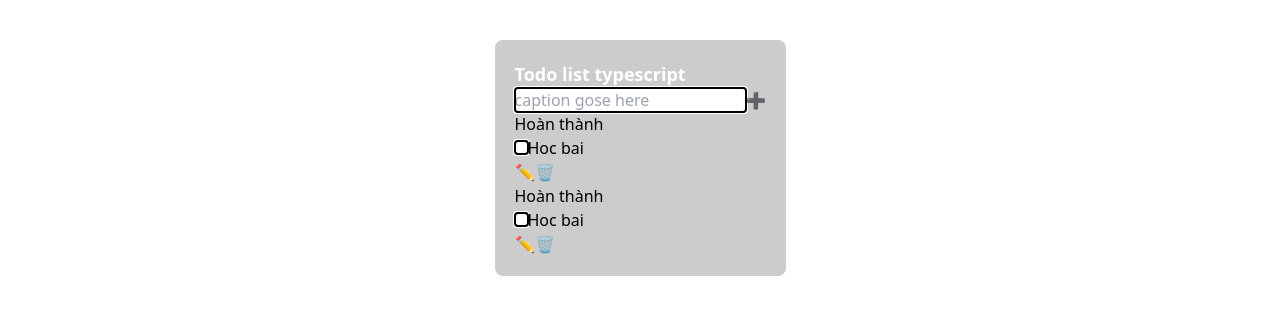
Repository: VIET-TU/react-super-main
Page: / (app in todolist-mybuild/)
These files come from the project's save history. The page is drawn as it stood at one moment and after the next save; the edit follows.
The browser window is 1280 px wide. The pictures show the whole page.
The project was rebuilt for these pictures with package versions that can differ from the ones it lists, and the page was loaded fresh each time. Also part of the build but not shown: todolist-mybuild/vite.config.ts.

Above is the page before, as saved 2023-05-16 06:49:18.

### todolist-mybuild/src/App.tsx
import TodoList from './components/TodoLists'

function App() {
  return (
    <>
      <TodoList></TodoList>
    </>
  )
}

export default App

### todolist-mybuild/src/index.css
@tailwind base;
@tailwind components;
@tailwind utilities;

input {
  outline: auto;
}

### todolist-mybuild/src/components/TodoLists/index.ts
import TodoList from './TodoList'

export default TodoList

### todolist-mybuild/src/components/TodoLists/TodoList.tsx
import { Todo } from '../../@types/todos.types'
import TaskInput from '../TaskInput'
import TaskList from '../TaskList'
import { useEffect, useState } from 'react'

const TodoList = () => {
  const [todos, setTodos] = useState<Todo[]>([])
  const [currentTodo, setCurrentTodo] = useState<Todo | null>(null)
  const doneTodos = todos.filter((todo) => todo.done)
  const notdoneTodos = todos.filter((todo) => !todo.done)

  useEffect(() => {
    const todosString = localStorage.getItem('todos')
    const todosObj: Todo[] = JSON.parse(todosString || '[]')
    setTodos(todosObj)
  }, [])

  const addTodo = (name: string): void => {
    const todo: Todo = {
      name,
      done: false,
      id: new Date().toISOString()
    }
    setTodos((pre) => [...pre, todo])
    const todosString = localStorage.getItem('todos')
    const todosObj: Todo[] = JSON.parse(todosString || '[]')
    const newTodoObj = [...todosObj, todo]
    localStorage.setItem('todos', JSON.stringify(newTodoObj))
  }

  const handleDoneTodo = (id: string, done: boolean) => {
    setTodos((prev) => {
      return prev.map((todo) => {
        if (todo.id === id) {
          return { ...todo, done }
        }
        return todo
      })
    })
  }

  const startEditTodo = (id: string) => {
    const findedTodo = todos.find((todo) => todo.id === id)
    if (findedTodo) {
      setCurrentTodo(findedTodo)
    }
  }

  const editTodo = (name: string) => {
    setCurrentTodo((prev) => {
      if (prev) {
        return { ...prev, name }
      }
      return prev
    })
  }

  const finishEditTodo = () => {
    setTodos((prev) => {
      return prev.map((todo) => {
        if (todo.id === (currentTodo as Todo).id) {
          return currentTodo as Todo
        }
        return todo
      })
    })
    setCurrentTodo(null)
  }

  const deleteTodo = (id: string) => {
    if (currentTodo) {
      setCurrentTodo(null)
    }

    setTodos((prev) => {
      const findedIndexTodo = prev.findIndex((todo) => todo.id === id)
      if (findedIndexTodo > -1) {
        const result = [...prev]
        result.splice(findedIndexTodo, 1) // delete 1 elem in array
        return result
      }
      return prev
    })
  }

  return (
    <div className='p-[20px] rounded-lg bg-[#ccc] max-w-max mx-auto my-10'>
      <TaskInput
        editTodo={editTodo}
        addTodo={addTodo}
        currentTodo={currentTodo}
        finishEditTodo={finishEditTodo}
      ></TaskInput>
      <TaskList
        handleDoneTodo={handleDoneTodo}
        todos={notdoneTodos}
        doneTaskList={false}
        startEditTodo={startEditTodo}
        deleteTodo={deleteTodo}
      />
      <TaskList
        handleDoneTodo={handleDoneTodo}
        todos={doneTodos}
        doneTaskList={true}
        startEditTodo={startEditTodo}
        deleteTodo={deleteTodo}
      />
    </div>
  )
}

export default TodoList

### todolist-mybuild/src/components/TaskInput/index.ts
import TaskInput from './TaskInput'

export default TaskInput

### todolist-mybuild/src/components/TaskInput/TaskInput.tsx
import React from 'react'

const TaskInput = () => {
  return (
    <div className=''>
      <h1 className='text-lg font-bold text-white'>Todo list typescript</h1>
      <form placeholder='enter your text'>
        <input type='text' placeholder='caption gose here' />
        <button type='submit'>➕</button>
      </form>
    </div>
  )
}

export default TaskInput

### todolist-mybuild/src/components/TaskList/TaskList.tsx
import React from 'react'

const TaskList = () => {
  return (
    <div>
      <h2>Hoàn thành</h2>
      <div className='tasks '>
        <div className='task'>
          <input type='checkbox' name='' id=' ' />
          <span>Hoc bai</span>
          <div className=''>
            <button>✏️</button>
            <button>🗑️</button>
          </div>
        </div>
      </div>
    </div>
  )
}

export default TaskList

Loaded but not shown: todolist-mybuild/index.html (common file); todolist-mybuild/src/main.tsx (common file); todolist-mybuild/src/components/TaskList/index.ts (common file); todolist-mybuild/tailwind.config.js (common file)

After the next save:
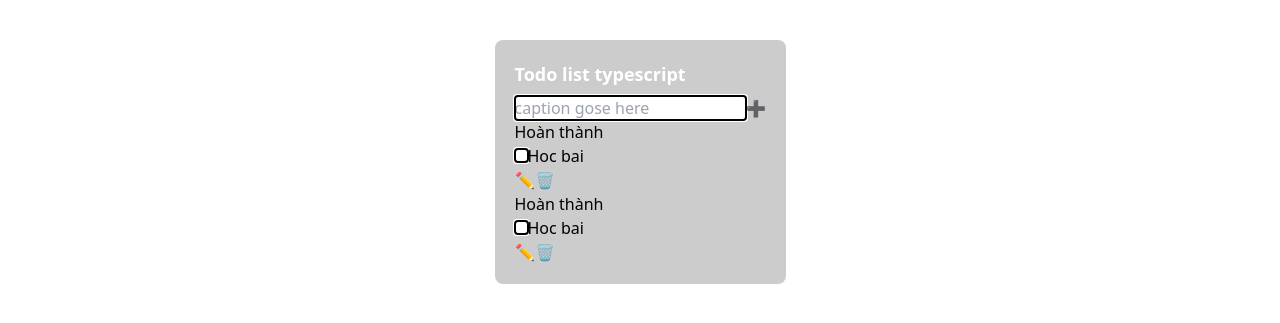
Saved 18 s later.
--- a/todolist-mybuild/src/components/TaskInput/TaskInput.tsx
+++ b/todolist-mybuild/src/components/TaskInput/TaskInput.tsx
@@ -3,7 +3,7 @@ import React from 'react'
 const TaskInput = () => {
   return (
     <div className=''>
-      <h1 className='text-lg font-bold text-white'>Todo list typescript</h1>
+      <h1 className='mb-2 text-lg font-bold text-white'>Todo list typescript</h1>
       <form placeholder='enter your text'>
         <input type='text' placeholder='caption gose here' />
         <button type='submit'>➕</button>
